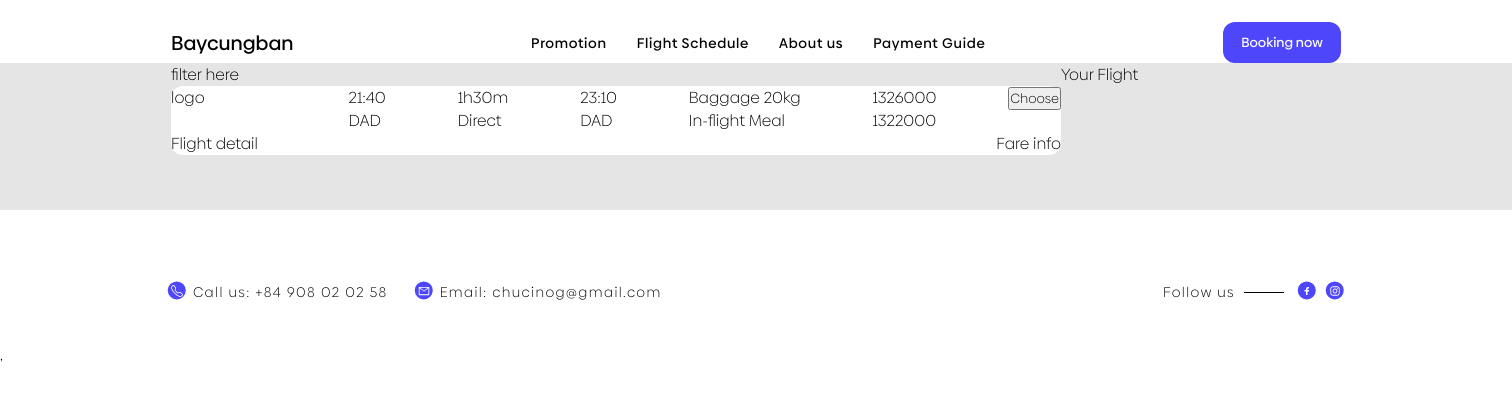
Repository: pinocoding/my-flying
Page: /list (app in my-flying/)
These files come from the project's save history. The page is drawn as it stood at one moment and after a run of saves; the edit follows.
The browser window is 1280 px wide. The page is 1512 px wide, so the pictures cover 1512 px, including what lies to the right of the window. The pictures show the whole page.
The project was rebuilt for these pictures with package versions that can differ from the ones it lists, and the page was loaded fresh each time. Also part of the build but not shown: my-flying/src/components/InDecreaBtn/InDecreaBtn.js, my-flying/src/components/TravelBooking/TravelBooking.css, my-flying/src/components/TravelBooking/TravelBooking.js, my-flying/src/components/home/Home.css, my-flying/src/components/home/Home.js. Imported but missing from the stored project, and not drawn on this page: my-flying/src/reportWebVitals.

Above is the page before, as saved 2022-09-09 16:59:02.

After the next 3 saves:
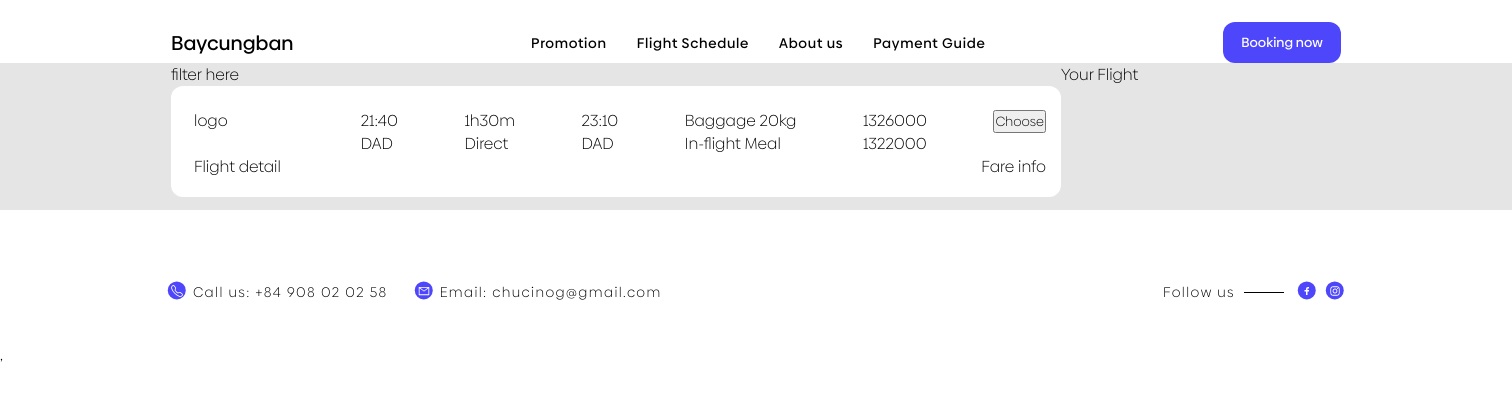
The 3 saves are shown as one change because they came seconds apart.
The last was saved 17 s later.
--- a/my-flying/src/components/FlightsInfor/FlightInfor.css
+++ b/my-flying/src/components/FlightsInfor/FlightInfor.css
@@ -2,7 +2,7 @@
   width: 100%;
   background: #ffffff;
   border-radius: 12px;
-  padding: 23px 19px 15px 23p
+  padding: 23px 15px 19px 23px;
 }
 
 .flight-container ul {
